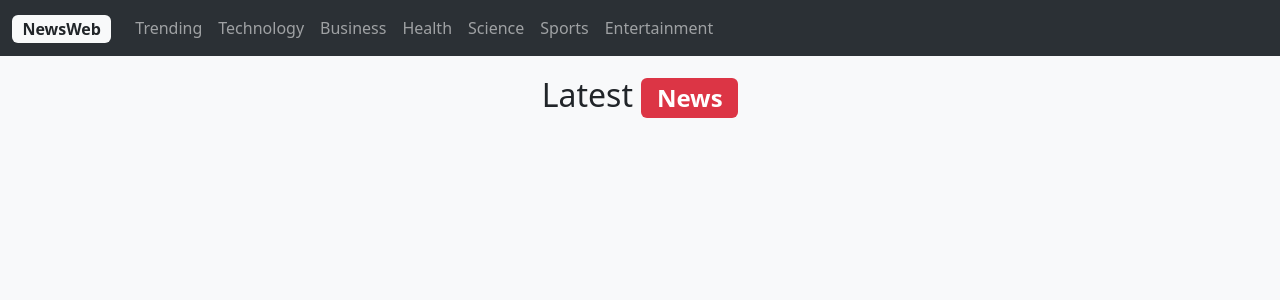
Repository: Abhilash2909/NewsWeb
Page: /
These files come from the project's save history. The page is drawn as it stood at one moment and after the next save; the edit follows.
The browser window is 1280 px wide. The pictures show the whole page.
The page's requests for data from a server got no answer. The project was rebuilt for these pictures with package versions that can differ from the ones it lists, and the page was loaded fresh each time. No one was signed in, and anything a server would have sent is missing. Also part of the build but not shown: vite.config.js, src/Components/NewsItem.jsx, src/App.css.

Above is the page before, as saved 2024-05-22 23:43:26.

After the next save:
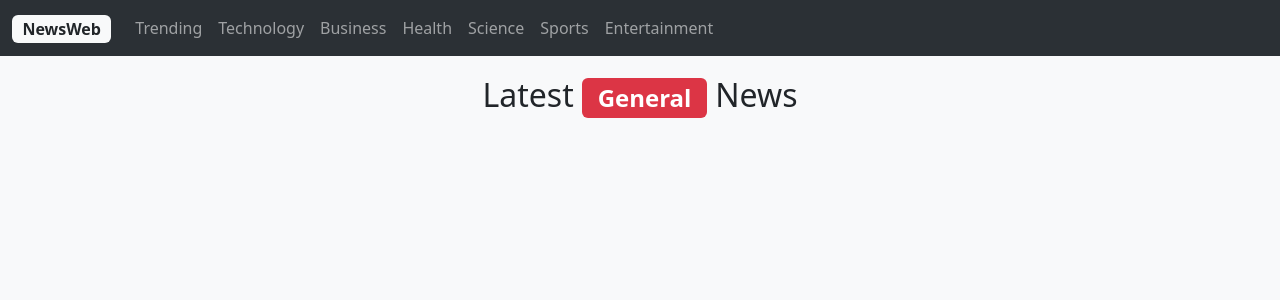
Saved 20 s later.
--- a/src/Components/NewsBoard.jsx
+++ b/src/Components/NewsBoard.jsx
@@ -3,43 +3,43 @@ import NewsItem from "./NewsItem";
 
 const categories = ["technology", "business", "health", "science", "sports", "entertainment"];
 
-const NewsBoard = () => {
-    const [articles, setArticles] = useState([]);
+const NewsBoard = ({ category }) => {
+  const [articles, setArticles] = useState([]);
 
-    useEffect(() => {
-        const fetchArticles = async () => {
-            let allArticles = [];
-            for (let category of categories) {
-                let url = `https://newsapi.org/v2/top-headlines?country=in&category=${category}&apiKey=${import.meta.env.VITE_API_KEY}`;
-                let response = await fetch(url);
-                let data = await response.json();
-                allArticles = [...allArticles, ...data.articles.map(article => ({ ...article, category }))];
-            }
-            setArticles(allArticles);
-        };
+  useEffect(() => {
+    const fetchArticles = async () => {
+      let url;
+      if (category === "trending") {
+        url = `https://newsapi.org/v2/top-headlines?country=in&apiKey=${import.meta.env.VITE_API_KEY}`;
+      } else {
+        url = `https://newsapi.org/v2/top-headlines?country=in&category=${category}&apiKey=${import.meta.env.VITE_API_KEY}`;
+      }
 
-        fetchArticles();
-    }, []);
+      const response = await fetch(url);
+      const data = await response.json();
+      setArticles(data.articles);
+    };
 
-    return (
-        <div>
-            <h2 className="text-center">Latest <span className="badge bg-danger">News</span></h2>
-            <div className="news-grid">
-                {articles.map((news, index) => {
-                    return (
-                        <NewsItem
-                            key={index}
-                            title={news.title}
-                            description={news.description}
-                            src={news.urlToImage}
-                            url={news.url}
-                            category={news.category} // Pass category to NewsItem
-                        />
-                    );
-                })}
-            </div>
-        </div>
-    );
+    fetchArticles();
+  }, [category]);
+
+  return (
+    <div>
+      <h2 className="text-center">Latest <span className="badge bg-danger">{category === "trending" ? "Trending" : category.charAt(0).toUpperCase() + category.slice(1)}</span> News</h2>
+      <div className="news-grid">
+        {articles.map((news, index) => (
+          <NewsItem
+            key={index}
+            title={news.title}
+            description={news.description}
+            src={news.urlToImage}
+            url={news.url}
+            category={category === "trending" ? news.category : category} // Pass category to NewsItem
+          />
+        ))}
+      </div>
+    </div>
+  );
 }
 
 export default NewsBoard;
